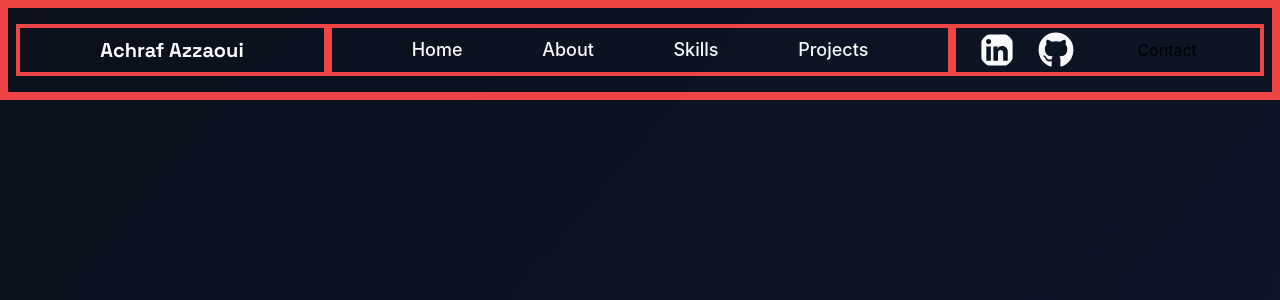
Repository: AchrafAzzaoui/Portfolio-Website
Page: / (app in achrafs-portfolio/)
The author's editor kept a copy of each file at every save. The page is drawn from the files as they stood at one save, then again after the next save.
The browser window is 1280 px wide. The pictures show the whole page.
Some web fonts or font styles are not loaded; a fallback is used. The project was rebuilt for these pictures with package versions that can differ from the ones it lists, and the page was loaded fresh each time. Also part of the build but not shown: achrafs-portfolio/vite.config.ts.

Above is the page before, as saved 2025-01-02 21:49:04.

After the next save:
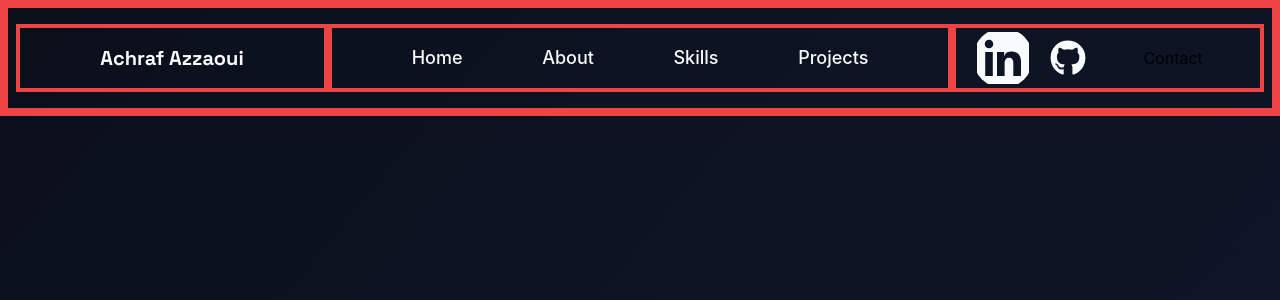
Saved 4 s later.
--- a/achrafs-portfolio/src/components/layout/Header.tsx
+++ b/achrafs-portfolio/src/components/layout/Header.tsx
@@ -38,7 +38,7 @@
           </a>
         </div>
         <div className="basis-1/4 flex-auto flex justify-evenly items-center border-4 border-red-500">
-          <RxLinkedinLogo className="text-4xl rounded-full text-dark-text-primary" />
+          <RxLinkedinLogo className="text-6xl rounded-full text-dark-text-primary" />
           <FaGithub className="text-4xl rounded-full text-dark-text-primary" />
           <button className="px-10 py-2.5">Contact </button>
         </div>

After the save that followed:
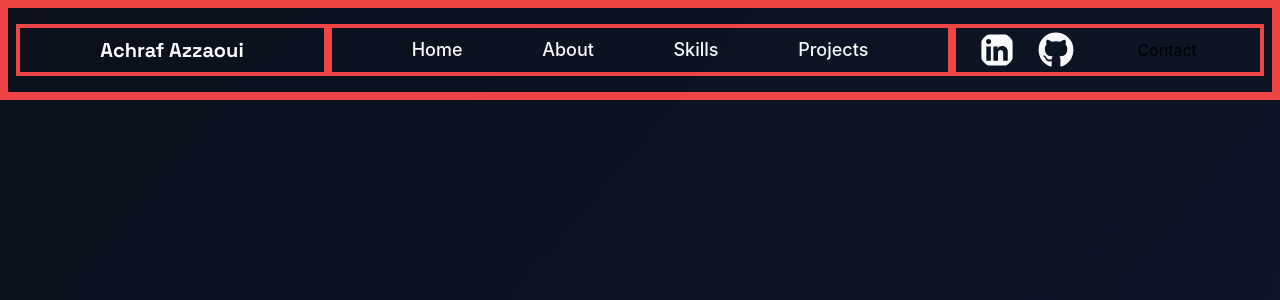
Saved 7 s later.
--- a/achrafs-portfolio/src/components/layout/Header.tsx
+++ b/achrafs-portfolio/src/components/layout/Header.tsx
@@ -38,7 +38,7 @@
           </a>
         </div>
         <div className="basis-1/4 flex-auto flex justify-evenly items-center border-4 border-red-500">
-          <RxLinkedinLogo className="text-6xl rounded-full text-dark-text-primary" />
+          <RxLinkedinLogo className="text-4xl rounded-full text-dark-text-primary" />
           <FaGithub className="text-4xl rounded-full text-dark-text-primary" />
           <button className="px-10 py-2.5">Contact </button>
         </div>
